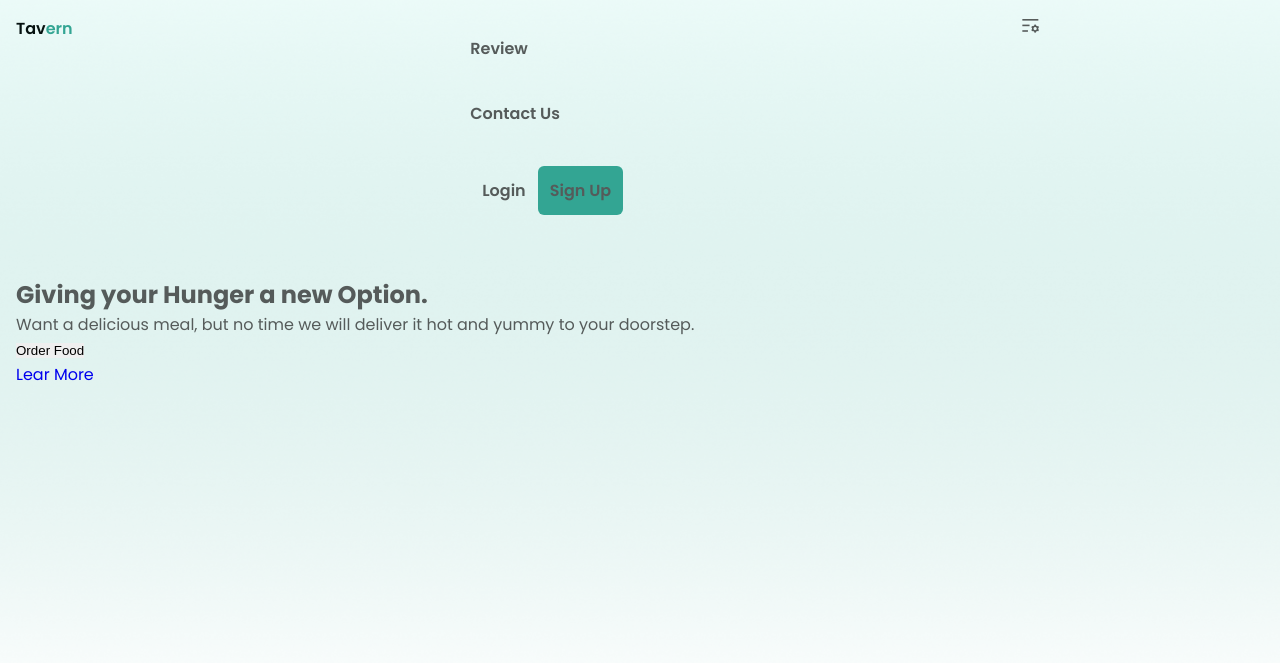
Repository: haokiet2501/tavern-restaurant-landing-page
Page: index.html
These files come from the project's save history. The page is drawn as it stood at one moment and after a run of saves; the edit follows.
The browser window is 1280 px wide. The pictures show the whole page.
The style sheet was rebuilt from its Sass, Less or Tailwind sources for each picture, by a compiler version that may differ from the author's.

Above is the page before, as saved 2022-07-01 16:02:43.

### index.html
<!DOCTYPE html>
<html lang="en">
<head>
    <meta charset="UTF-8">
    <meta http-equiv="X-UA-Compatible" content="IE=edge">
    <meta name="viewport" content="width=device-width, initial-scale=1.0">
    <link href="https://cdn.jsdelivr.net/npm/remixicon@2.5.0/fonts/remixicon.css" rel="stylesheet">
    <link
        rel="stylesheet"
        href="https://unpkg.com/swiper@8/swiper-bundle.min.css"
    />
    <link rel="stylesheet" href="sass/css/styles.css">
    <title>Restaurant Landing Page - Tavern</title>
</head>
<body>
    <header class="header" id="header">
        <nav class="nav container">
            <a href="#home" class="nav__logo">Tav<span>ern</span></a>

            <div class="nav__menu" id="nav-menu">
                <ul class="nav__list">
                    <li class="nav__item">
                        <a href="#home" class="nav__link active-link">Home</a>
                    </li>
                    <li class="nav__item">
                        <a href="#home" class="nav__link">About Us</a>
                    </li>
                    <li class="nav__item">
                        <a href="#menu" class="nav__link">Menu</a>
                    </li>
                    <li class="nav__item">
                        <a href="#review" class="nav__link">Review</a>
                    </li>
                    <li class="nav__item">
                        <a href="#contact" class="nav__link">Contact Us</a>
                    </li>

                    <div class="nav__mobile">
                        <a href="#login" class="nav__login">Login</a>
                        <a href="#signup" class="nav__signup">Sign Up</a>
                    </div>
                </ul>

                <i class="ri-close-line nav__close" id="nav-close"></i>
            </div>

            <div class="nav__toggle" id="nav-toggle">
                <i class="ri-list-settings-line"></i>
            </div>
        </nav>
    </header>

    <main class="main">
        <section class="home" id="home">
            <img src="imgs/Base.png" class="home__img" alt="">
            <div class="home__container container grid">
                <div class="home__layouts">
                    <div class="home__data">
                        <div class="home__heading">
                            <h2>Giving your Hunger a new Option.</h2>
                        </div>
                        <div class="home__subtext">
                            Want a delicious meal, but no time we will deliver it hot and yummy to your doorstep.
                        </div>
                        <div class="home__button">
                            <div class="home__order">
                                <button class="home__orderbtn">Order Food</button>
                            </div>

                            <a href="#" class="home__learmore">Lear More</a>
                        </div>
                    </div>
                </div>
            </div>
        </section>
    </main>

    <script src="js/scrollreveal.min.js"></script>
    <script src="https://unpkg.com/swiper@8/swiper-bundle.min.js"></script>
    <script src="js/app.js"></script>
</body>
</html>

### js/app.js
const navToggle = document.getElementById('nav-toggle'),
    navMenu = document.getElementById('nav-menu'),
    navClose = document.getElementById('nav-close');
if (navToggle) {
    navToggle.addEventListener('click', () => {
        navMenu.classList.add('show-menu')
    })
}

if (navClose) {
    navClose.addEventListener('click', () => {
        navMenu.classList.remove('show-menu')
    })
}

const navLink = document.querySelectorAll('.nav__link');

function linkAction() {
    const navMenu = document.getElementById('nav-menu')
    navMenu.classList.remove('show-menu')
}
navLink.forEach((n) => n.addEventListener('click', linkAction));

### sass/styles.scss
@import "./base/base";
@import "./main/main";

### sass/base/_base.scss
@import url('https://fonts.googleapis.com/css2?family=Poppins:wght@400;500;600;700;800;900&display=swap');

* {
    margin: 0;
    padding: 0;
    box-sizing: border-box;
}

:root {
    --header-height: 3.5rem;

    --body-font: 'Poppins', sans-serif;

    --bg-color: #FFFFFF;
    --title-color: #555B5A;
    --heading-color: #061210;
    --green-color: #33A593;

    --biggest-font-size: 2.25rem;
    --h1-font-size: 1.5rem;
    --h2-font-size: 1.25rem;
    --h3-font-size: 1rem;
    --normal-font-size: .938rem;
    --small-font-size: .813rem;
    --smaller-font-size: .75rem;

    --font-regular: 400;
    --font-medium: 500;
    --font-semi-bold: 600;
    --font-semi-big: 700;

    --z-tooltip: 10;
    --z-fixed: 100;
}

@media screen and (min-width: 1124px) {
    :root {
        --biggest-font-size: 4.5rem;
        --h1-font-size: 2.25rem;
        --h2-font-size: 1.5rem;
        --h3-font-size: 1.25rem;
        --normal-font-size: 1rem;
        --small-font-size: .875rem;
        --smaller-font-size: .813rem;
    }
}

body {
    font-family: var(--body-font);
    font-size: var(--normal-font-size);
    background-color: var(--bg-color);
    color: var(--title-color);
    transition: .4s;
}

html {
    scroll-behavior: smooth;
}

ul {
    list-style: none;
}

a {
    text-decoration: none;
}

img {
    max-width: 100%;
    height: auto;
}

button {
    border: none;
    cursor: pointer;
}

h1, h2, h3 {
    color: var(--title-color);
    font-weight: var(--font-semi-big);
}

.container {
    max-width: 1024px;
    margin-right: 1rem;
    margin-left: 1rem;
}

.grid {
    display: grid;
    gap: 1.5rem;
}

.section {
    padding: 4.5rem 0 2rem;
}

.section__title {
    font-size: var(--h1-font-size);
    text-align: center;
    margin-bottom: 3rem;
}

.main {
    overflow: hidden;
}

### sass/main/_main.scss
.header {
    width: 100%;
    position: fixed;
    top: 0;
    left: 0;
    z-index: var(--z-fixed);
    background: transparent;
}

.nav {
    height: var(--header-height);
    display: flex;
    justify-content: space-between;
    align-items: center;

    &__logo {
        font-weight: var(--font-semi-bold);
        color: var(--heading-color);
    }

    &__logo > span {
        color: var(--green-color);
    }

    &__toggle {
        font-size: 1.2rem;
        cursor: pointer;
        color: var(--title-color);
    }

    &__menu {
        position: relative;

        @media screen and (max-width: 767px) {
            position: fixed;
            background-color: var(--heading-color);
            top: 0;
            right: -100%;
            width: 70%;
            height: 100%;
            box-shadow: -1px 0 4px rgba(0, 0, 0, .15);
            padding: 3rem;
            transition: .4s;
        }
    }

    &__mobile {
        display: flex;
        justify-content: center;
        align-items: center;
    }

    &__mobile > a {
        padding: .75rem;
        cursor: pointer;
    }

    &__login, &__signup {
        font-weight: var(--font-semi-bold);
        color: var(--title-color);
    }

    &__signup {
        background-color: var(--green-color);
        border-radius: 6px;
    }

    &__list {
        display: flex;
        flex-direction: column;
        row-gap: 2.5rem;
    }

    &__link {
        color: var(--title-color);
        font-weight: var(--font-semi-bold);

        &:hover {
            color: var(--green-color);
        }
    }

    &__close {
        position: absolute;
        top: .75rem;
        right: 1rem;
        font-size: 1.5rem;
        color: var(--bg-color);
        cursor: pointer;
    }
}

.show-menu {
    right: 0;
}

.home {
    &__img {
        position: absolute;
        top: 0;
        left: 0;
        width: 100%;
        height: 100%;
    }
    &__container {
        position: relative;
        height: calc(100vh - var(--header-height));
        row-gap: 3rem;
        align-content: center;
    }
}

Loaded but not shown: js/scrollreveal.min.js (library)

After the next 2 saves:
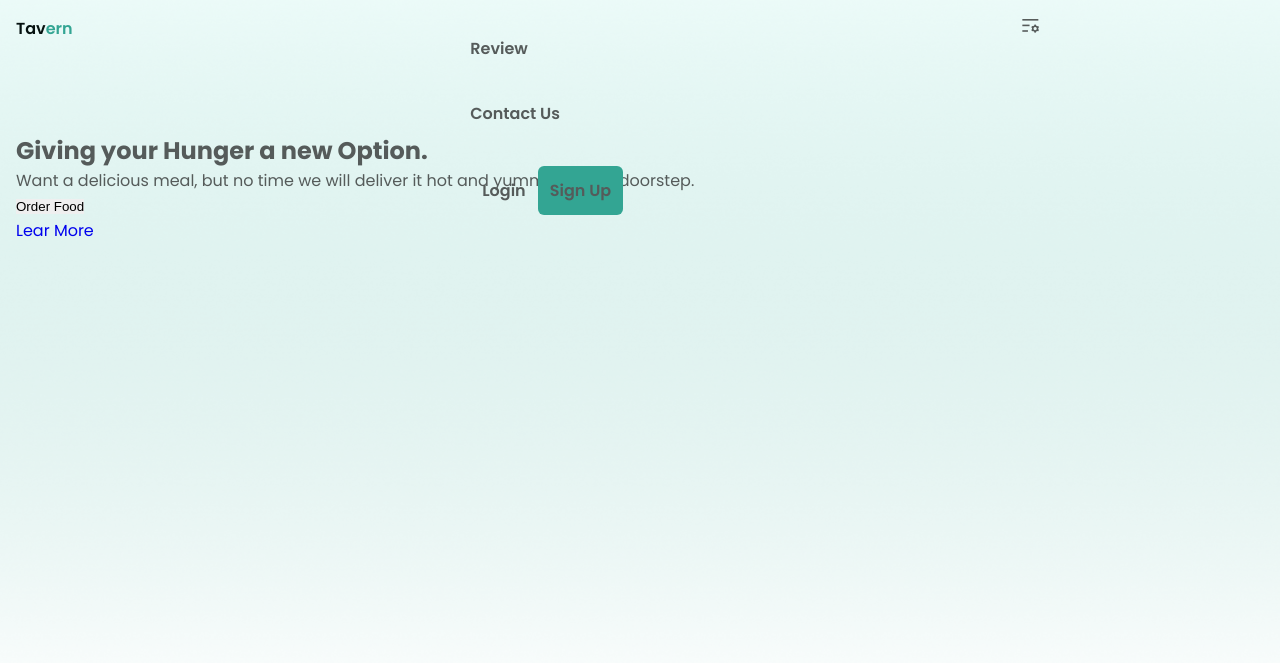
The 2 saves are shown as one change because they came seconds apart.
The last was saved 3 min 40 s later.
--- a/sass/main/_main.scss
+++ b/sass/main/_main.scss
@@ -104,7 +104,7 @@
     }
     &__container {
         position: relative;
-        height: calc(100vh - var(--header-height));
+        height: calc(60vh - var(--header-height));
         row-gap: 3rem;
         align-content: center;
     }
